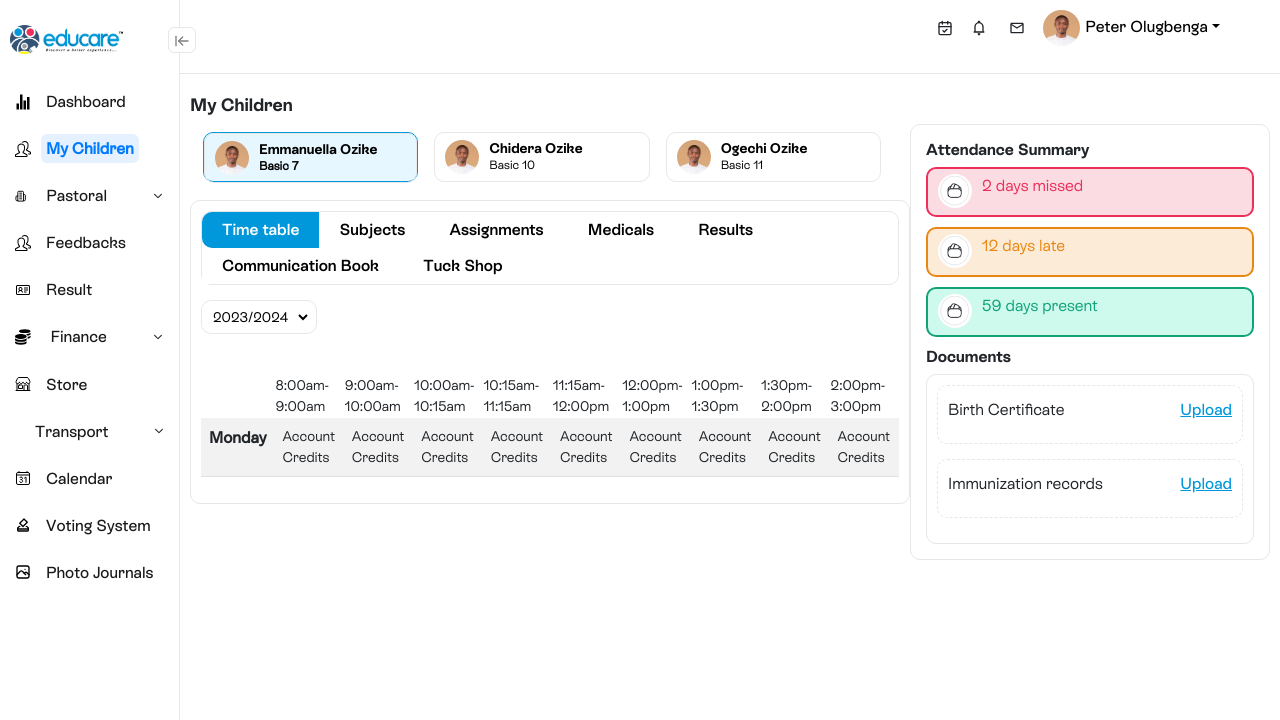
Repository: sarahnnanyelugo/educare-dashboards
Page: /my-children
The author's editor kept a copy of each file at every save. The page is drawn from the files as they stood at one save, then again after the next save.
The browser window is 1280 px wide. The pictures show the whole page.
The project was rebuilt for these pictures with package versions that can differ from the ones it lists, and the page was loaded fresh each time. Also part of the build but not shown: src/Dashboards/Parents/MainView/main-view.scss, src/components/News/news.scss, src/components/News/News.js, src/TestData/newsData.js, src/TestData/schEvents.js, src/components/ResultChart/ResultChart.js, src/components/Calender/calender.scss, src/components/Calender/Calender.js and 5 more.

Above is the page before, as saved 2024-10-16 08:51:31.

After the next save:
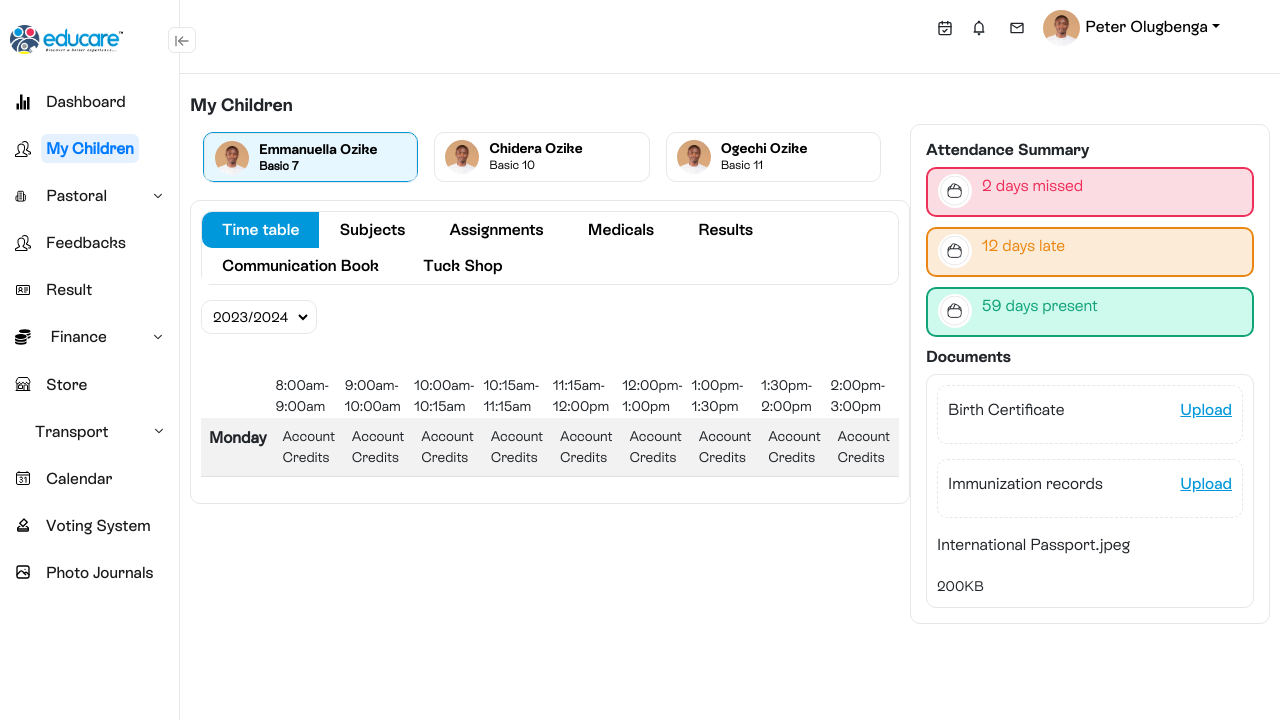
Saved 85 s later.
--- a/src/Dashboards/Parents/MyChildren/Documents.js
+++ b/src/Dashboards/Parents/MyChildren/Documents.js
@@ -6,6 +6,12 @@ export const Documents = () => {
     <div>
       <FileUpload file="Birth Certificate" />
       <FileUpload file="Immunization records" />
+      <div className="d-flex">
+        <div>
+          <p>International Passport.jpeg</p>
+          <small>200KB</small>
+        </div>
+      </div>
     </div>
   );
 };
